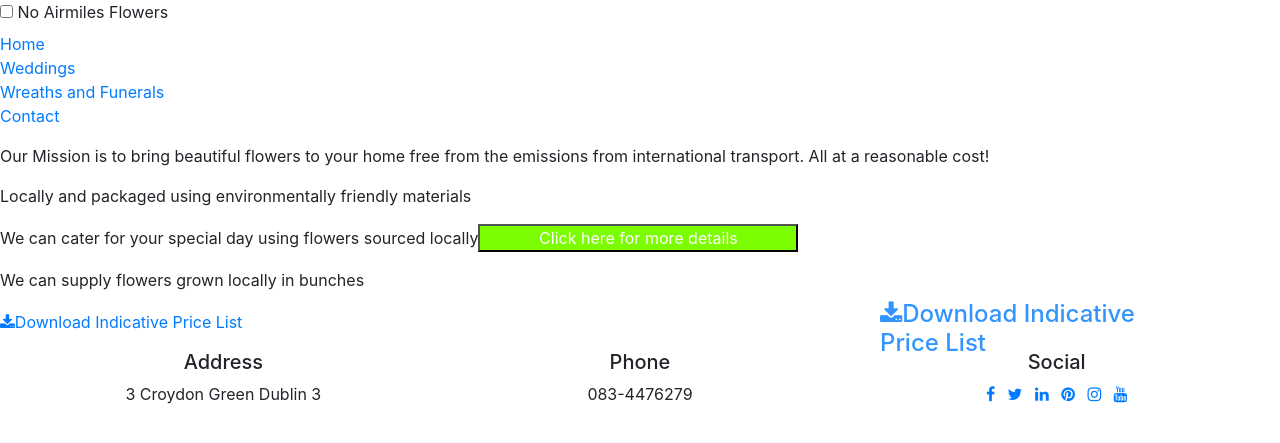
Repository: ConorTC1990/Flowers
Page: weddings.html
The author's editor kept a record of every edit. The page is drawn from the files as they stood at one moment, then again after the next edit.
The browser window is 1280 px wide. The pictures show the whole page.
Some web libraries are served in a nearby version.

Above is the page before.

### weddings.html
<!DOCTYPE html>
<html lang="en">
    <div class= "containerweddings">
<head>
    <meta charset="UTF-8">
    <meta name="viewport" content="width=device-width, initial-scale=1.0">
    <meta http-equiv="X-UA-Compatible" content="ie=edge">
    <link rel="stylesheet" href="https://maxcdn.bootstrapcdn.com/bootstrap/4.2.1/css/bootstrap.min.css" type="text/css" />
    <link rel="stylesheet" href="https://maxcdn.bootstrapcdn.com/font-awesome/4.7.0/css/font-awesome.min.css" type="text/css" />
    <link rel="stylesheet" href="https://cdnjs.cloudflare.com/ajax/libs/hover.css/2.1.1/css/hover-min.css" type="text/css" />
    <link rel="stylesheet" href="assets/css/style.css">
    <title>No Airmiles Flowers</title>
</head>
<body>
<div class="collapsible-menu">
            <input type="checkbox" id="menu">
            <label for="menu">No Airmiles Flowers</label>
            <div class="menu-content">
                <ul>
                         <li><a href="index.html">Home</a></li>
                    <li><a href="weddings.html">Weddings</a></li>
                    <li><a href="Wreaths.html">Wreaths and Funerals</a></li>
                    <li><a href="Contactform.html">Contact</a></li>

                </ul>
            </div>
        </div>


   <div class="WeddingsBackground">
         <h4 class="callout">
            This is your day, remember everything is bespoke! We can ascertain what works for you best
        </h4>
    <h4 class="callout2">
            We will meet you at the venue in order to help you decide what works best for you on your budget
        </h4>
         <h4 class="callout3">
           <a href="assets/Indicative Price List.pdf" target="_blank" class="hvr-sweep-to-bottom"><i class="fa fa-download" aria-hidden="true"></i><span>Download Indicative Price List</span></a>
        </h4>
        </div>

       <div class="videoclass2weddings">
		    <div class=videoclass2padding>
		        <ul>
		            <p><li> Our Mission is to bring beautiful flowers to your home free from the emissions from international transport. All at a reasonable cost!</li></p>
		            <p><li> Locally and packaged using environmentally friendly materials</li></p>
		            <p><li>We can cater for your special day using flowers sourced locally<span class"buttonsticky"><button class= "button">Click here for more details</button></span></li></p>
		            <p><li>We can supply flowers grown locally in bunches</li></p>
		            <a href="assets/Indicative Price List" target="_blank" class="hvr-sweep-to-bottom"><i class="fa fa-download" aria-hidden="true"></i><span>Download Indicative Price List</span></a>
		        </ul>
		    </div>
		</div>
</div>

    <div class="wreathfooter container-fluid">
<footer class="container-fluid wreathfooter">
        <div id="footer-details" class="row">
            <div class="col-sm-4">
                <h5 class="uppercase general-sub">Address</h5>
                <p class="inline-block">
                    3 Croydon Green
                    Dublin 3
                </p>
            </div>
            <div class="col-sm-4">
                <h5 class="uppercase general-sub">Phone</h5>
                <p class="inline-block">
                    083-4476279

                    </a>
                </p>
            </div>
            <div class="col-sm-4">
                <h5 class="uppercase general-sub">Social</h5>
                <ul class="list-inline social-links">
                    <li class="list-inline-item">
                        <a target="_blank" href="#">
                            <i class="fa fa-facebook" aria-hidden="true"></i>
                            <span class="sr-only">Facebook</span>
                        </a>
                    </li>
                    <li class="list-inline-item">
                        <a target="_blank" href="#">
                            <i class="fa fa-twitter" aria-hidden="true"></i>
                            <span class="sr-only">Twitter</span>
                        </a>
                    </li>
                    <li class="list-inline-item">
                        <a target="_blank" href="#">
                            <i class="fa fa-linkedin" aria-hidden="true"></i>
                            <span class="sr-only">LinkedIn</span>
                        </a>
                    </li>
                    <li class="list-inline-item">
                        <a target="_blank" href="#">
                            <i class="fa fa-pinterest" aria-hidden="true"></i>
                            <span class="sr-only">Pinterest</span>
                        </a>
                    </li>
                    <li class="list-inline-item">
                        <a target="_blank" href="#">
                            <i class="fa fa-instagram" aria-hidden="true"></i>
                            <span class="sr-only">Instagram</span>
                        </a>
                    </li>
                    <li class="list-inline-item">
                        <a target="_blank" href="#">
                            <i class="fa fa-youtube" aria-hidden="true"></i>
                            <span class="sr-only">YouTube</span>
                        </a>
                    </li>
                </ul>
            </div>
        </div>
        </div>
        </div>
    </footer>

</body>

</html>

</div>




</html>

### assets/css/style.css
@import url('https://fonts.googleapis.com/css?family=Roboto:100,200,300,400,500,600,700|Exo:100,200,300,400,500,600,700');
.mission {
	text-transform: uppercase;
	color: green;
}


/* up for deletion*/

@media (min-width: 1200px) .container {
	max-width: 100%;
}

@media (min-width: 992px) .container {
	max-width: 100%;
}

@media (min-width: 768px) .container {
	max-width: 100%;
}

@media (min-width: 576px) .container {
	max-width: 100%;
}


/* up for deletion*/


}

/* up for deletion*/
*,
*:before,
*:after {
	-webkit-box-sizing: border-box;
	-moz-box-sizing: border-box;
	box-sizing: border-box;
}
* {
	margin: 0;
	padding: 0;
}
* {
	margin: 0;
	padding: 0;
}
*,
 ::after,
 ::before {
	box-sizing: border-box;
}

}
.title {
	text-align: center;
	color: white;
}
h3 {
	text-transform: uppercase;
	text-align: center;
	color: green;
	background-color: #FF00FF;
	resize: both;
}

/* Buttons*/
.button {
	background-color: #7CFC00;
	text-align: center;
	color: white;
	width: 25%;
	transition-duration: .9s;
	transition-timing-function: ease-in-out;
	z-index: 1;
}
.button:hover {
	background-color: white;
	color: #7CFC00;
}
a:hover {
	background-color: white;
	color: #7CFC00;
}
.sr-only {
	color: white
}
.list-inline-item {
	color: white
}
.infoclass {
	background-color: transparent;
}
#myVideo {
	position: center;
	width: 100%;
	min-height: 100%;
	padding-bottom: 0px;
	padding-right: 0px;
	padding-left: 0px;
}
.col-sm-4 {
	text-align: center;
	border-color: #FF00FF;
}

/* Callout box - fixed position at the bottom of the page */
.callout {
	position:fixed;
	top: 100px;
	right: 100px;
	margin-left: 20px;
	max-width: 300px;
	color: white;
	opacity: 0.8;
}
.callout2 {
	position:fixed;
	top: 500px;
	right: 100px;
	margin-left: 20px;
	max-width: 300px;
	color: white;
	opacity: 0.8;
}
.callout3 {
	position:fixed;
	top: 300px;
	right: 100px;
	margin-left: 250px;
	max-width: 300px;
	color: white;
	opacity: 0.8;
}

/* up for deletion*/
.callout-header {
	padding: 25px 15px;
	background: #555;
	font-size: 30px;
	color: white;
	opacity: 0.8;
}.callout-header {
	padding: 25px 15px;
	background: #555;
	font-size: 30px;
	color: white;
	opacity: 0.8;
}
.col-sm-4 {
	border-color: #FF00FF;
	padding-left: 0px;
	padding-right: 0px;
}
.container-fluid {
	alignment-baseline: text-after-edge;
	border:none;
}
.sticky {
	position: static;
	top: 0;
}
body {
	background-color: white;
	padding-left: 0px;
	padding-right: 0px;
}
.list-inline-item {
	text-align: right;
	border-color: black;
}
.address {
	text-align: right;
}
head {
	z-index: 1;
	border-collapse: collapse;
	border-color: white;
}

/* -------------- Navbar --------------- */

/* to keep Navbar in place*/


/* Page content */
.content {
	padding: 16px;
}
}
.stickytitle {
	position: fixed;
	top: 0px;
	width: 100%;
	height: 35px;
	z-index: 1;
}

/* Add some top padding to the page content to prevent sudden quick movement (as the navigation bar gets a new position at the top of the page (position:fixed and top:0) */
.sticky+.content {
	padding-top: 60px;
/* The sticky class is added to the navbar with JS when it reaches its scroll position */
.sticky {
	position: fixed;
	top: 35px;
	width: 100%;
}
.stickytitle {
	position: fixed;
	top: 0px;
	width: 100%;
	height: 35px;
	z-index: 1;
}

/* Add some top padding to the page content to prevent sudden quick movement (as the navigation bar gets a new position at the top of the page (position:fixed and top:0) */
.sticky+.content {
	padding-top: 60px;
}
.general-sub {
	background-color: black;
container-fluid sticky {
	padding-bottom: 1000px;
}
	border-color: black;
	padding-left: 0px;
	padding-right: 0px;
	padding-top: 0px;
}
.list-inline-item {
	color: white
}
title sticky {
	top: 25px
}
.buttonsticky {
	padding-right: 25px
}
.footerpin {
	position: bottom 35px
}
container-fluid sticky {
	padding-bottom: 1000px;
}

/* Footer Styles */
.social-links li a i {
	width: 32px;
	height: 32px;
	padding: 12px 0;
	border-radius: 50%;
	font-size: 13px;
	line-height: 7px;
	text-align: center;
	color: white;
	background: black;
	transition: all 0.35s ease-in-out;
	-moz-transition: all 0.35s ease-in-out;
	-webkit-transition: all 0.35s ease-in-out;
	-o-transition: all 0.35s ease-in-out;
}
.social-links li a i:hover {
	background: #7CFC00;
}
footer {
	text-align: center;
	background-color: black;
	color: white;
	text-shadow: none;
	text-transform: uppercase;
	position: fixed;
	position: absolute;
	height: 25px;
	max-height: 10%;
}
.container-fluidf {
	bottom: 10px;
}

/* Wreaths */
.WreathsBackground {
	background-image: url("../images/Wreaths.JPG");
	background-repeat: no-repeat;
	background-size: cover;
	position: absolute;
	resize: both;
	min-width: 100%;
	min-height: 60%;
	max-width: 100%;
	max-height: 60%;
	padding-top: 35px;
	padding-bottom: 60px;
	padding-right: 0px;
	padding-left: 0px;
	z-index: 0;
}

/* Contact */
.ContactBackground {
	background-image: url("../images/flowers.jpg");
	position: absolute;
	resize: both;
	background-repeat: no-repeat;
	background-size: cover;
	min-width: 100%;
	min-height: 800px;
	padding-top: 35px;
	padding-bottom: 35px;
	padding-right: 0px;
	padding-left: 0px;
	z-index: 0;
}

/* ----------- Contact  form------------------*/
.form-style-1 {
	margin:10px auto;
	max-width: 400px;
	padding: 20px 12px 10px 20px;
	font: 13px "Lucida Sans Unicode",
	"Lucida Grande",
	sans-serif;
}
.form-style-1 li {
	padding: 0;
	display: block;
	list-style: none;
	margin: 10px 0 0 0;
}
.form-style-1 label {
	margin:0 0 3px 0;
	padding:0px;
	display:block;
	font-weight: bold;
}
.form-style-1 input[type=text],
.form-style-1 input[type=date],
.form-style-1 input[type=datetime],
.form-style-1 input[type=number],
.form-style-1 input[type=search],
.form-style-1 input[type=time],
.form-style-1 input[type=url],
.form-style-1 input[type=email],
textarea,
select {
	box-sizing: border-box;
	-webkit-box-sizing: border-box;
	-moz-box-sizing: border-box;
	border:1px solid #BEBEBE;
	padding: 7px;
	margin:0px;
	-webkit-transition: all 0.30s ease-in-out;
	-moz-transition: all 0.30s ease-in-out;
	-ms-transition: all 0.30s ease-in-out;
	-o-transition: all 0.30s ease-in-out;
	outline: none;
}
.form-style-1 input[type=text]:focus,
.form-style-1 input[type=date]:focus,
.form-style-1 input[type=datetime]:focus,
.form-style-1 input[type=number]:focus,
.form-style-1 input[type=search]:focus,
.form-style-1 input[type=time]:focus,
.form-style-1 input[type=url]:focus,
.form-style-1 input[type=email]:focus,
.form-style-1 textarea:focus,
.form-style-1 select:focus {
	-moz-box-shadow: 0 0 8px #88D5E9;
	-webkit-box-shadow: 0 0 8px #88D5E9;
	box-shadow: 0 0 8px #88D5E9;
	border: 1px solid #88D5E9;
}
.form-style-1 .field-divided {
	width: 49%;
}
.form-style-1 .field-long {
	width: 100%;
}
.form-style-1 .field-select {
	width: 100%;
}
.form-style-1 .field-textarea {
	height: 100px;
}
.form-style-1 input[type=submit],
.form-style-1 input[type=button] {
	background: #4B99AD;
	padding: 8px 15px 8px 15px;
	border: none;
	color: #fff;
}
.form-style-1 input[type=submit]:hover,
.form-style-1 input[type=button]:hover {
	background: #4691A4;
	box-shadow:none;
	-moz-box-shadow:none;
	-webkit-box-shadow:none;
}
.form-style-1 .required {
	color:red;
}

/* ----------- Contact  form------------------*/

/* ----------- Weddings Background------------------*/
.WeddingsBackground {
	background-image: url("../images/Weddings.PNG");
	position: fixed;
	resize: both;
	padding-top: 35px;
	padding-bottom: 35px;
	padding-right: 0px;
	padding-left: 0px;
	z-index: -1;
	max-width : 100%;
	max-height: 50%;
	min-width: 100%;
	min-height: 50%;
}

/* ----------- Weddings Background------------------*/

/* ----------- Menu Bar------------------*/
.menu-content {
	font-family: 'Oswald',
	sans-serif;
	padding: 0 0 0 50px;
}
.collapsible-menu {
	background-color: rgb(255,
	255,
	255);
	padding: 0px 30px;
	border-bottom: 3px solid #CDE700;
	box-shadow: 1px 2px 3px rgba(0,
	0,
	0,
	0.2);
	opacity: 1;
}
.collapsible-menu ul {
	list-style-type: none;
	padding: 0;
}
.collapsible-menu a {
	display:block;
	padding: 10px;
	text-decoration: none;
}
.collapsible-menu label {
	font-family: 'Sedgwick Ave Display',
	cursive;
	font-size: 40px;
	display: block;
	cursor: pointer;
	background: url(../images/menu.png) no-repeat left center;
	padding: 10px 0 10px 50px;
}
input#menu {
	display: none;
}
input:checked+label {
	background-image: url(../images/close.png);
}
.menu-content {
	max-height: 0;
	overflow: hidden;
	font-family: 'Oswald',
	sans-serif;
	padding: 0 0 0 50px;
}

/* Toggle Effect */
input:checked~label {
	background-image: url(../images/close.png);
}
input:checked~.menu-content {
	max-height: 100%;
}

/* ----------- Menu Bar------------------*/

/* ----------- Consider for Deletion------------------*/

/* test */
* {
	margin: 0;
	padding: 0;
}

/* Icon 0 */
#nav-icon0 {
	width: 30px;
	height: 35px;
	position: relative;
	margin: 50px auto;
	-webkit-transform: rotate(0deg);
	-moz-transform: rotate(0deg);
	-o-transform: rotate(0deg);
	transform: rotate(0deg);
	-webkit-transition: .5s ease-in-out;
	-moz-transition: .5s ease-in-out;
	-o-transition: .5s ease-in-out;
	transition: .5s ease-in-out;
	cursor: pointer;
}

/* Icon 2 */
#nav-icon0 {}
#nav-icon0 span {
	display: block;
	position: absolute;
	height: 2px;
	width: 50%;
	background: #000;
	opacity: 1;
	-webkit-transform: rotate(0deg);
	-moz-transform: rotate(0deg);
	-o-transform: rotate(0deg);
	transform: rotate(0deg);
	-webkit-transition: .25s ease-in-out;
	-moz-transition: .25s ease-in-out;
	-o-transition: .25s ease-in-out;
	transition: .25s ease-in-out;
}
#nav-icon0 span:nth-child(even) {
	left: 50%;
	border-radius: 0 9px 9px 0;
}
#nav-icon0 span:nth-child(odd) {
	left:0px;
	border-radius: 9px 0 0 9px;
}
#nav-icon0 span:nth-child(1),
#nav-icon0 span:nth-child(2) {
	top: 0px;
}
#nav-icon0 span:nth-child(3),
#nav-icon0 span:nth-child(4) {
	top: 10px;
}
#nav-icon0 span:nth-child(5),
#nav-icon0 span:nth-child(6) {
	top: 20px;
}
#nav-icon0.open span:nth-child(1),
#nav-icon0.open span:nth-child(6) {
	-webkit-transform: rotate(45deg);
	-moz-transform: rotate(45deg);
	-o-transform: rotate(45deg);
	transform: rotate(45deg);
}
#nav-icon0.open span:nth-child(2),
#nav-icon0.open span:nth-child(5) {
	-webkit-transform: rotate(-45deg);
	-moz-transform: rotate(-45deg);
	-o-transform: rotate(-45deg);
	transform: rotate(-45deg);
}
#nav-icon0.open span:nth-child(1) {
	left: 0px;
	top: 9px;
}
#nav-icon0.open span:nth-child(2) {
	left: calc(50% - 5px);
	top: 9px;
}
#nav-icon0.open span:nth-child(3) {
	left: -50%;
	opacity: 0;
}
#nav-icon0.open span:nth-child(4) {
	left: 100%;
	opacity: 0;
}
#nav-icon0.open span:nth-child(5) {
	left: 0px;
	top: 19px;
}
#nav-icon0.open span:nth-child(6) {
	left: calc(50% - 5px);
	top: 19px;
}

/* ----------- Consider for Deletion------------------*/
* {
	margin: 0;
	padding: 0;
}

/* Icon 1 */
#nav-icon1,
#nav-icon2,
#nav-icon3,
#nav-icon4 {
	width: 60px;
	height: 45px;
	position: relative;
	margin: 50px auto;
	-webkit-transform: rotate(0deg);
	-moz-transform: rotate(0deg);
	-o-transform: rotate(0deg);
	transform: rotate(0deg);
	-webkit-transition: .5s ease-in-out;
	-moz-transition: .5s ease-in-out;
	-o-transition: .5s ease-in-out;
	transition: .5s ease-in-out;
	cursor: pointer;
}
#nav-icon1 span,
#nav-icon3 span,
#nav-icon4 span {
	display: block;
	position: absolute;
	height: 9px;
	width: 100%;
	background: #d3531a;
	border-radius: 9px;
	opacity: 1;
	left: 0;
	-webkit-transform: rotate(0deg);
	-moz-transform: rotate(0deg);
	-o-transform: rotate(0deg);
	transform: rotate(0deg);
	-webkit-transition: .25s ease-in-out;
	-moz-transition: .25s ease-in-out;
	-o-transition: .25s ease-in-out;
	transition: .25s ease-in-out;
}
#nav-icon1 span:nth-child(1) {
	top: 0px;
}
#nav-icon1 span:nth-child(2) {
	top: 18px;
}
#nav-icon1 span:nth-child(3) {
	top: 36px;
}
#nav-icon1.open span:nth-child(1) {
	top: 18px;
	-webkit-transform: rotate(135deg);
	-moz-transform: rotate(135deg);
	-o-transform: rotate(135deg);
	transform: rotate(135deg);
}
#nav-icon1.open span:nth-child(2) {
	opacity: 0;
	left: -60px;
}
#nav-icon1.open span:nth-child(3) {
	top: 18px;
	-webkit-transform: rotate(-135deg);
	-moz-transform: rotate(-135deg);
	-o-transform: rotate(-135deg);
	transform: rotate(-135deg);
}

/* Icon 2 */
#nav-icon2 {}
#nav-icon2 span {
	display: block;
	position: absolute;
	height: 9px;
	width: 50%;
	background: #d3531a;
	opacity: 1;
	-webkit-transform: rotate(0deg);
	-moz-transform: rotate(0deg);
	-o-transform: rotate(0deg);
	transform: rotate(0deg);
	-webkit-transition: .25s ease-in-out;
	-moz-transition: .25s ease-in-out;
	-o-transition: .25s ease-in-out;
	transition: .25s ease-in-out;
}
#nav-icon2 span:nth-child(even) {
	left: 50%;
	border-radius: 0 9px 9px 0;
}
#nav-icon2 span:nth-child(odd) {
	left:0px;
	border-radius: 9px 0 0 9px;
}
#nav-icon2 span:nth-child(1),
#nav-icon2 span:nth-child(2) {
	top: 0px;
}
#nav-icon2 span:nth-child(3),
#nav-icon2 span:nth-child(4) {
	top: 18px;
}
#nav-icon2 span:nth-child(5),
#nav-icon2 span:nth-child(6) {
	top: 36px;
}
#nav-icon2.open span:nth-child(1),
#nav-icon2.open span:nth-child(6) {
	-webkit-transform: rotate(45deg);
	-moz-transform: rotate(45deg);
	-o-transform: rotate(45deg);
	transform: rotate(45deg);
}
#nav-icon2.open span:nth-child(2),
#nav-icon2.open span:nth-child(5) {
	-webkit-transform: rotate(-45deg);
	-moz-transform: rotate(-45deg);
	-o-transform: rotate(-45deg);
	transform: rotate(-45deg);
}
#nav-icon2.open span:nth-child(1) {
	left: 5px;
	top: 7px;
}
#nav-icon2.open span:nth-child(2) {
	left: calc(50% - 5px);
	top: 7px;
}
#nav-icon2.open span:nth-child(3) {
	left: -50%;
	opacity: 0;
}
#nav-icon2.open span:nth-child(4) {
	left: 100%;
	opacity: 0;
}
#nav-icon2.open span:nth-child(5) {
	left: 5px;
	top: 29px;
}
#nav-icon2.open span:nth-child(6) {
	left: calc(50% - 5px);
	top: 29px;
}

/* Icon 3 */
#nav-icon3 span:nth-child(1) {
	top: 0px;
}
#nav-icon3 span:nth-child(2),
#nav-icon3 span:nth-child(3) {
	top: 18px;
}
#nav-icon3 span:nth-child(4) {
	top: 36px;
}
#nav-icon3.open span:nth-child(1) {
	top: 18px;
	width: 0%;
	left: 50%;
}
#nav-icon3.open span:nth-child(2) {
	-webkit-transform: rotate(45deg);
	-moz-transform: rotate(45deg);
	-o-transform: rotate(45deg);
	transform: rotate(45deg);
}
#nav-icon3.open span:nth-child(3) {
	-webkit-transform: rotate(-45deg);
	-moz-transform: rotate(-45deg);
	-o-transform: rotate(-45deg);
	transform: rotate(-45deg);
}
#nav-icon3.open span:nth-child(4) {
	top: 18px;
	width: 0%;
	left: 50%;
}

/* Icon 4 */
#nav-icon4 {}
#nav-icon4 span:nth-child(1) {
	top: 0px;
	-webkit-transform-origin: left center;
	-moz-transform-origin: left center;
	-o-transform-origin: left center;
	transform-origin: left center;
}
#nav-icon4 span:nth-child(2) {
	top: 18px;
	-webkit-transform-origin: left center;
	-moz-transform-origin: left center;
	-o-transform-origin: left center;
	transform-origin: left center;
}
#nav-icon4 span:nth-child(3) {
	top: 36px;
	-webkit-transform-origin: left center;
	-moz-transform-origin: left center;
	-o-transform-origin: left center;
	transform-origin: left center;
}
#nav-icon4.open span:nth-child(1) {
	-webkit-transform: rotate(45deg);
	-moz-transform: rotate(45deg);
	-o-transform: rotate(45deg);
	transform: rotate(45deg);
	top: -3px;
	left: 8px;
}
#nav-icon4.open span:nth-child(2) {
	width: 0%;
	opacity: 0;
}
#nav-icon4.open span:nth-child(3) {
	-webkit-transform: rotate(-45deg);
	-moz-transform: rotate(-45deg);
	-o-transform: rotate(-45deg);
	transform: rotate(-45deg);
	top: 39px;
	left: 8px;
}

/* ----------- Consider for Deletion------------------*/
.container {
	padding-right: 0px;
	padding-left: 0px;
	margin-right: auto;
	margin-left: auto;
}
.videoclass {
	min-height: 100%;
	min-width: 100%;
	padding-bottom: 60px;
}
@media (max-width: 40em) {
	.videoclass {
		display: none;
	}
}
@media (max-width: 40em) {
	.WreathsBackground {
		display: none;
	}
}
@media (min-width: 40em) {
	.videoclass2paddingweddings {
		display: none;
	}
}
@media (min-width: 40em) {
	.videoclass2 {
		display: none;
	}
}
@media (min-width: 40em) {
	.videoclass2wreaths {
		display: none;
	}
}
@media (max-width: 40em) {
	.callout {
		display: none;
	}
}
@media (max-width: 70em) {
	.callout2 {
		display: none;
	}
}
@media (max-width: 40em) {
	.WeddingsBackground {
		display: none;
	}
}
@media (max-width: 40em) {
	.callout3 {
		display: none;
	}
}
.videoclass2 {
	background-image:url("../images/flowers.jpg");
	width: 100%;
	height: 100%;
	min-height: 625px;
	opacity: 1;
	text-size: 30px;
	text-transform: uppercase;
	color: white;
	list-style: circle;
	line-height:!important;
	25px;
	text-align: center;
}
.videoclass2weddings {
	background-image:url("../images/wedding flowers.jpg");
	width: 100%;
	height: 100%;
	background-repeat: no-repeat;
	background-size: cover;
	min-height: 675px;
	opacity: 1;
	text-size: 30px;
	text-transform: uppercase;
	color: black;
	list-style: circle;
	line-height:!important;
	25px;
	text-align: center;
	padding-top: 30px;
	z-index: 2;
}
.videoclass2weddings {
	padding-top: 60px
}
@media (min-width: 40em) {
	.videoclass2 {
		display: none;
	}



}
.videoclass2wreaths {
	background-image:url("../images/Wreaths.1.JPG");
	width: 100%;
	height: 100%;
	min-height: 675px;
	opacity: 1;
	text-size: 30px;
	text-transform: uppercase;
	color: white;
	list-style: circle;
	line-height:!important;
	25px;
	text-align: center;
	padding-top: 35px;
}
.videoclass2weddings {
	padding-top: 0px
}
@media (min-width: 40em) {
	.videoclass2weddings {
		display: none;
	}
}
@media (max-width: 40em) {
	h4 {
		display: none;
	}
}
.container-fluid {
	width: 100%;
	padding-right: 0px;
	padding-left: 0px;
	margin-right: auto;
	margin-left: auto;
}
.wreathfooter {
    background: fixed;
    text-align: center;
    background-color: black;
    color: gold;
    text-shadow: none;
    text-transform: uppercase;
    position: relative;
    height: 80px;
    max-height: 20%;
    bottom: 0px;
}
.general-sub {
	background-color: black;
	border-color: black;
	padding-left: 0px;
	padding-right: 0px;
	padding-top: 0px;
}
.col-sm-4 {
	text-align: center;
	/* border-color: #FF00FF; */
	background-color: black;
}
.list-inline-item {
	color: black;
}
.list-inline-item {
	text-align: right;
	border-color: black;
}


body{
  display:flex;
  flex-direction:column;
}

footer{
  margin-top:auto;
}

.informationsection{position: relative}
.wreathfooter1 {
    background: fixed;
    text-align: center;
    background-color: black;
    color: gold;
    text-shadow: none;
    text-transform: uppercase;
    position: absolute;
    height: 80px;
    max-height: 20%;
    bottom: 0px;
}

.contactfooter {

    background: fixed;
    text-align: center;
    background-color: black;
    color: gold;
    text-shadow: none;
    text-transform: uppercase;
    position: fixed;
    height: 80px;
    max-height: 20%;
    bottom: 0px;
    position: fixed;
}
}

@media (max-width: 40em) {
	.contactfooter {
		display: none;
	}

	.collapsible-menu {
    background-color: rgb(255, 255, 255);
    padding: 0px 30px;
    border-bottom: 3px solid #CDE700;
    box-shadow: 1px 2px 3px rgba(0, 0, 0, 0.2);
    opacity: 1;
    z-index: 2;
}

.ContactBackground {
    background-image: url(../images/flowers.jpg);
    position: absolute;
    resize: both;
    background-repeat: no-repeat;
    background-size: cover;
    min-width: 100%;
    min-height: 800px;
    padding-top: 120px;
    padding-bottom: 35px;
    padding-right: 0px;
    padding-left: 0px;
    z-index: 0;
}

.collapsible-menu {
    background-color: rgb(255, 255, 255);
    padding: 0px 30px;
    border-bottom: 3px solid #CDE700;
    box-shadow: 1px 2px 3px rgba(0, 0, 0, 0.2);
    opacity: 1;
    z-index: 1;
}

.contactfooter {
    background: fixed;
    text-align: center;
    background-color: black;
    color: gold;
    text-shadow: none;
    text-transform: uppercase;
    position: fixed;
    height: 75px;
    max-height: 20%;
    bottom: 0px;
    position: fixed;
    z-index: 0;
}

#informationsectionwreaths {
position: relative;
    padding-bottom: 300px;
    padding-top: 835px;
    padding-right: 35px;
    z-index: 3;
}

After the next edit:
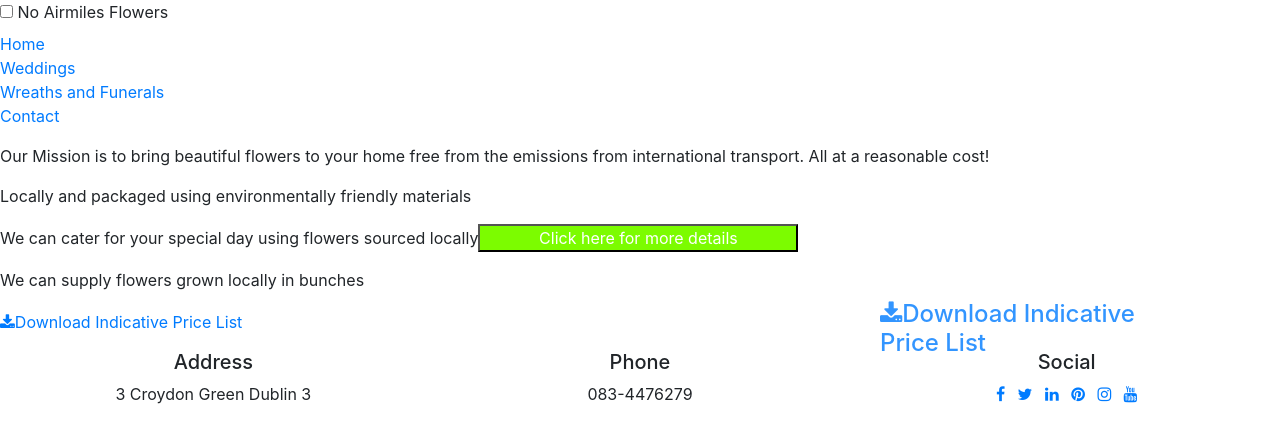
The edit:
--- a/weddings.html
+++ b/weddings.html
@@ -52,7 +52,7 @@
 		</div>
 </div>
 
-    <div class="wreathfooter container-fluid">
+
 <footer class="container-fluid wreathfooter">
         <div id="footer-details" class="row">
             <div class="col-sm-4">
